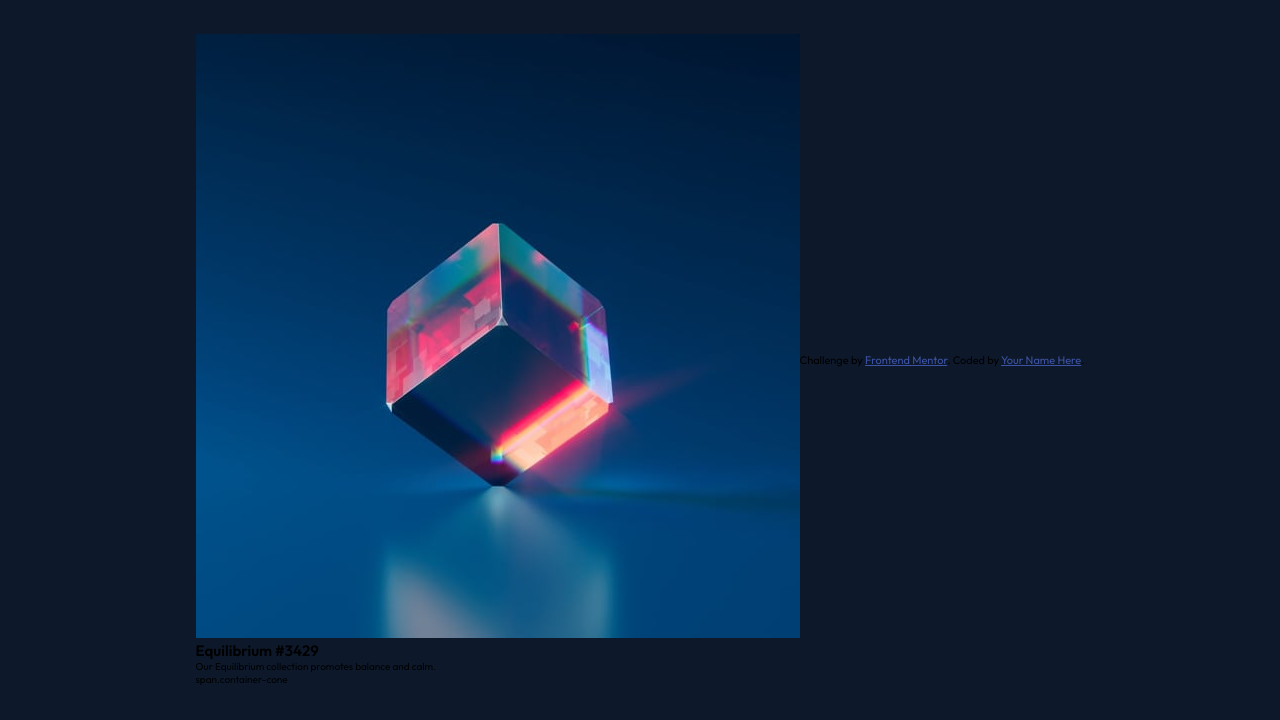
Repository: thaibaocoder1/nft-preview-card-component
Page: index.html
An editor plug-in stored every save of this project. The page is shown before and after a run of saves, followed by the edit.
The browser window is 1280 px wide. The pictures show the whole page.

Above is the page before, as saved 2023-01-06 18:23:02.

After the next 4 saves:
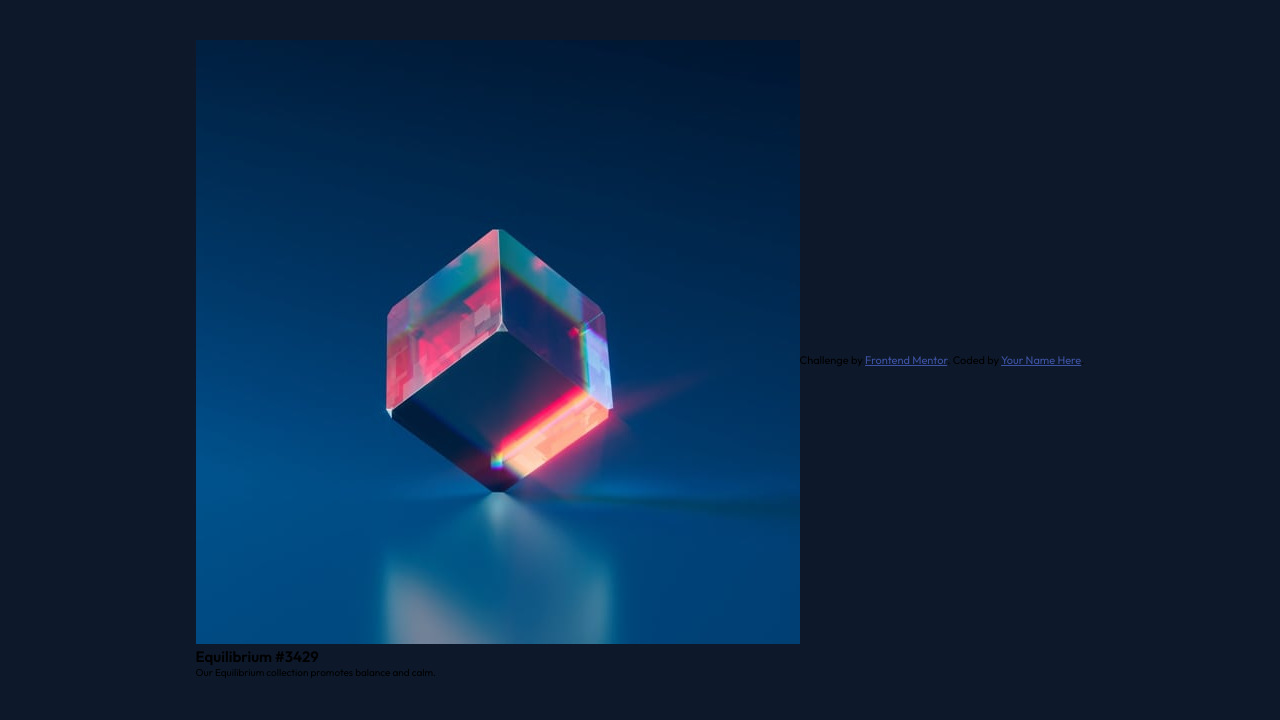
The 4 saves are shown as one change because they came seconds apart.
The last was saved 7 s later.
--- a/index.html
+++ b/index.html
@@ -19,7 +19,7 @@
       <p class="container-descs">Our Equilibrium collection promotes balance and calm.</p>
     </div>
     <div class="container-content--date">
-      span.container-cone
+      <span></span>
     </div>
   </main>
 
